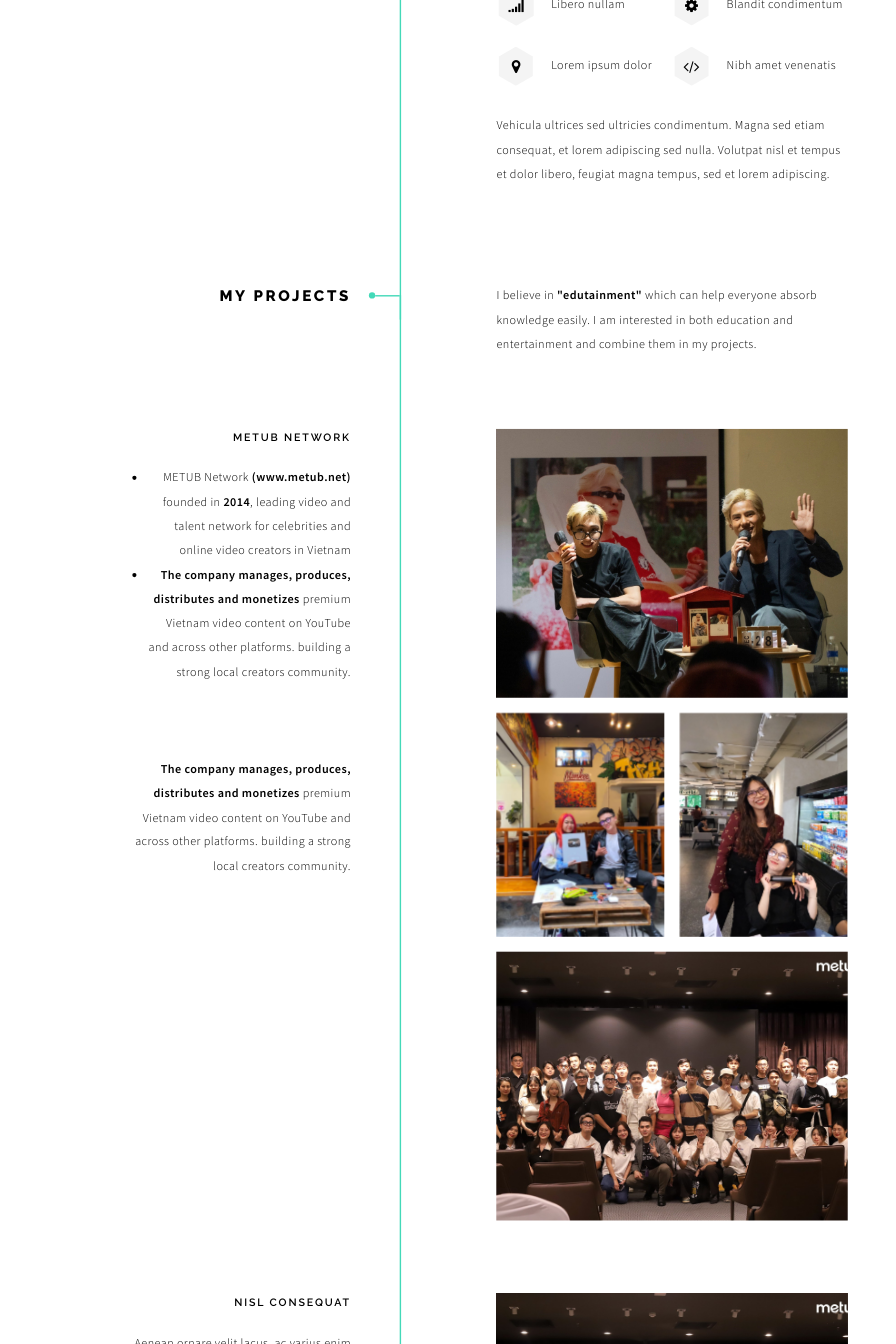
Repository: leonardin999/linh-porfolios
Page: index.html
These files come from the project's save history. The page is drawn as it stood at one moment and after the next save; the edit follows.
The browser window is 1280 px wide. The pictures show the part of the page from y = 3131 to 5051 px (the page is 7878 px tall), at 70% of full size.

Above is the page before, as saved 2023-01-24 20:50:20.

After the next save:
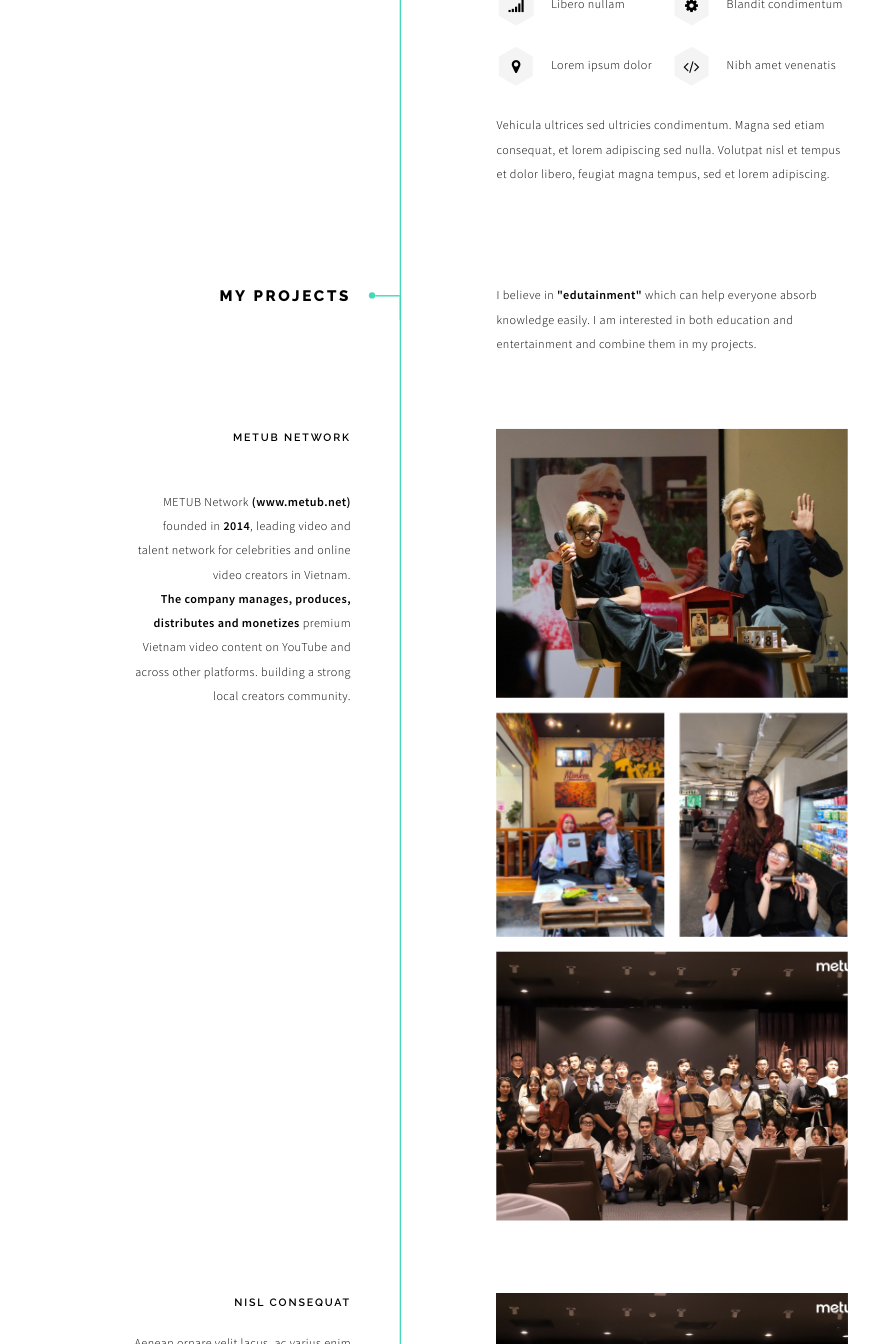
Saved 68 s later.
--- a/index.html
+++ b/index.html
@@ -130,12 +130,8 @@
           <section>
             <header>
               <h3>metub  network</h3>
-              <ul>
-                <li>METUB Network <strong>(www.metub.net)</strong> founded in <strong>2014</strong>, leading video and talent network for celebrities and online video creators in Vietnam</li>
-                <li><strong>The company manages, produces, distributes and monetizes</strong> premium Vietnam video content on YouTube and across other platforms. building a strong local creators community.</li>
-              </ul>
               <p>
-                <br>
+                <br>METUB Network <strong>(www.metub.net)</strong> founded in <strong>2014</strong>, leading video and talent network for celebrities and online video creators in Vietnam.
                 <br><strong>The company manages, produces, distributes and monetizes</strong> premium Vietnam video content on YouTube and across other platforms. building a strong local creators community.</p>
             </header>
             <div class="content">
